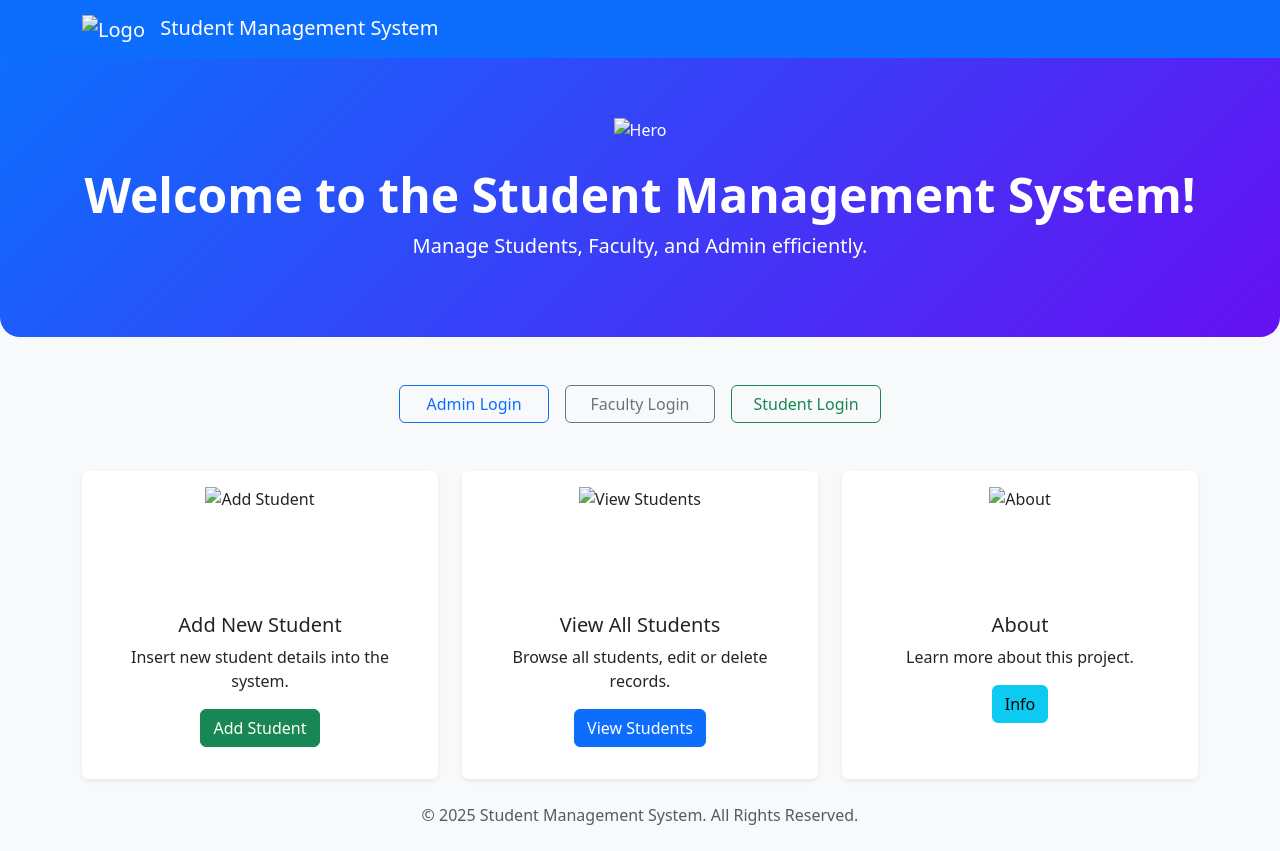
Repository: BorudePiyush/StudentMANAGEMENTSystem-using-java
Page: http://localhost/Student_management_systems/
The author's editor kept a copy of each file at every save. The page is drawn from the files as they stood at one save, then again after the next save.
The browser window is 1280 px wide. The pictures show the whole page.
The page is served by Tomcat 10. Other server files are loaded and not shown.

Above is the page before, as saved 2025-06-09 14:01:45.
Not found: Student management systems/Student_management_systems/images/about.png
Not found: Student management systems/Student_management_systems/images/add-student.png
Not found: Student management systems/Student_management_systems/images/hero-student.png

### Student management systems/src/main/webapp/index.html
<!DOCTYPE html>
<html lang="en">
<head>
  <meta charset="UTF-8" />
  <meta name="viewport" content="width=device-width, initial-scale=1" />
  <title>Student Management System - Dashboard</title>
  <link href="https://cdn.jsdelivr.net/npm/bootstrap@5.3.2/dist/css/bootstrap.min.css" rel="stylesheet" />
  <style>
    body {
      background: #f8f9fa;
    }

    .hero {
      background: linear-gradient(135deg, #0d6efd, #6610f2);
      color: white;
      padding: 60px 0;
      text-align: center;
      border-radius: 0 0 20px 20px;
    }

    .hero h1 {
      font-size: 3rem;
      font-weight: 700;
    }

    .btn-group-custom .btn {
      min-width: 150px;
    }

    .card:hover {
      transform: scale(1.03);
      transition: transform 0.2s ease-in-out;
    }

    .card img {
      height: 100px;
      object-fit: contain;
      margin-bottom: 10px;
    }

    footer {
      margin-top: 100px;
    }

    .navbar-brand img {
      height: 30px;
      margin-right: 10px;
    }
  </style>
</head>
<body>

  <!-- Navbar -->
  <nav class="navbar navbar-expand-lg navbar-dark bg-primary">
    <div class="container">
      <a class="navbar-brand" href="#">
        <img src="images/logo.png" alt="Logo" />
        Student Management System
      </a>
    </div>
  </nav>

  <!-- Hero -->
  <div class="hero">
    <div class="container">
      <img src="images/hero-student.png" alt="Hero" class="img-fluid mb-4" style="max-height: 200px;" />
      <h1>Welcome to the Student Management System!</h1>
      <p class="lead">Manage Students, Faculty, and Admin efficiently.</p>
    </div>
  </div>

  <!-- Login Buttons -->
  <div class="container text-center mt-5">
    <div class="btn-group-custom d-flex justify-content-center gap-3">
      <a href="AdminLogin" class="btn btn-outline-primary">Admin Login</a>
      <a href="FacultyLogin" class="btn btn-outline-secondary">Faculty Login</a>
      <a href="StudentLogin" class="btn btn-outline-success">Student Login</a>
    </div>
  </div>

  <!-- Action Cards -->
  <div class="container mt-5">
    <div class="row g-4">
      <div class="col-md-4">
        <div class="card shadow-sm border-0 h-100 text-center p-3">
          <img src="images/add-student.png" alt="Add Student" class="mx-auto" />
          <div class="card-body">
            <h5 class="card-title">Add New Student</h5>
            <p class="card-text">Insert new student details into the system.</p>
            <a href="AddStudent.jsp" class="btn btn-success">Add Student</a>
          </div>
        </div>
      </div>

      <div class="col-md-4">
        <div class="card shadow-sm border-0 h-100 text-center p-3">
          <img src="images/view-student.png" alt="View Students" class="mx-auto" />
          <div class="card-body">
            <h5 class="card-title">View All Students</h5>
            <p class="card-text">Browse all students, edit or delete records.</p>
            <a href="ViewStudentsServlet" class="btn btn-primary">View Students</a>
          </div>
        </div>
      </div>

      <div class="col-md-4">
        <div class="card shadow-sm border-0 h-100 text-center p-3">
          <img src="images/about.png" alt="About" class="mx-auto" />
          <div class="card-body">
            <h5 class="card-title">About</h5>
            <p class="card-text">Learn more about this project.</p>
            <a href="#" class="btn btn-info" onclick="alert('This is a simple Java Servlet + JSP project.')">Info</a>
          </div>
        </div>
      </div>
    </div>
  </div>

  <!-- Footer -->
  <footer class="footer mt-auto py-4 bg-light text-center">
    <div class="container">
      <span class="text-muted">&copy; 2025 Student Management System. All Rights Reserved.</span>
    </div>
  </footer>

</body>
</html>

After the next save:
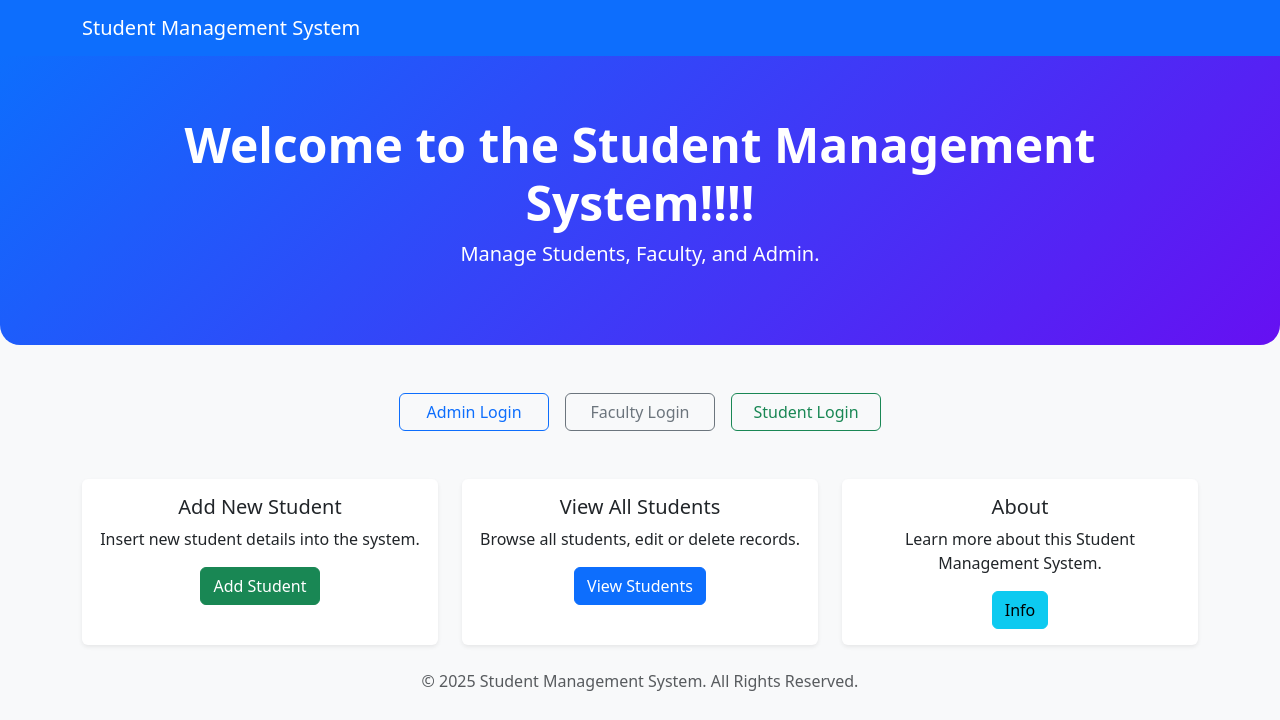
Saved 78 s later.
--- a/Student management systems/src/main/webapp/index.html
+++ b/Student management systems/src/main/webapp/index.html
@@ -32,44 +32,29 @@
       transition: transform 0.2s ease-in-out;
     }
 
-    .card img {
-      height: 100px;
-      object-fit: contain;
-      margin-bottom: 10px;
-    }
-
     footer {
       margin-top: 100px;
-    }
-
-    .navbar-brand img {
-      height: 30px;
-      margin-right: 10px;
     }
   </style>
 </head>
 <body>
 
-  <!-- Navbar -->
+
   <nav class="navbar navbar-expand-lg navbar-dark bg-primary">
     <div class="container">
-      <a class="navbar-brand" href="#">
-        <img src="images/logo.png" alt="Logo" />
-        Student Management System
-      </a>
+      <a class="navbar-brand" href="#">Student Management System</a>
     </div>
   </nav>
 
-  <!-- Hero -->
+
   <div class="hero">
     <div class="container">
-      <img src="images/hero-student.png" alt="Hero" class="img-fluid mb-4" style="max-height: 200px;" />
-      <h1>Welcome to the Student Management System!</h1>
-      <p class="lead">Manage Students, Faculty, and Admin efficiently.</p>
+      <h1>Welcome to the Student Management System!!!!</h1>
+      <p class="lead">Manage Students, Faculty, and Admin.</p>
     </div>
   </div>
 
-  <!-- Login Buttons -->
+
   <div class="container text-center mt-5">
     <div class="btn-group-custom d-flex justify-content-center gap-3">
       <a href="AdminLogin" class="btn btn-outline-primary">Admin Login</a>
@@ -78,13 +63,12 @@
     </div>
   </div>
 
-  <!-- Action Cards -->
+
   <div class="container mt-5">
     <div class="row g-4">
       <div class="col-md-4">
-        <div class="card shadow-sm border-0 h-100 text-center p-3">
-          <img src="images/add-student.png" alt="Add Student" class="mx-auto" />
-          <div class="card-body">
+        <div class="card shadow-sm border-0 h-100">
+          <div class="card-body text-center">
             <h5 class="card-title">Add New Student</h5>
             <p class="card-text">Insert new student details into the system.</p>
             <a href="AddStudent.jsp" class="btn btn-success">Add Student</a>
@@ -93,9 +77,8 @@
       </div>
 
       <div class="col-md-4">
-        <div class="card shadow-sm border-0 h-100 text-center p-3">
-          <img src="images/view-student.png" alt="View Students" class="mx-auto" />
-          <div class="card-body">
+        <div class="card shadow-sm border-0 h-100">
+          <div class="card-body text-center">
             <h5 class="card-title">View All Students</h5>
             <p class="card-text">Browse all students, edit or delete records.</p>
             <a href="ViewStudentsServlet" class="btn btn-primary">View Students</a>
@@ -104,11 +87,10 @@
       </div>
 
       <div class="col-md-4">
-        <div class="card shadow-sm border-0 h-100 text-center p-3">
-          <img src="images/about.png" alt="About" class="mx-auto" />
-          <div class="card-body">
+        <div class="card shadow-sm border-0 h-100">
+          <div class="card-body text-center">
             <h5 class="card-title">About</h5>
-            <p class="card-text">Learn more about this project.</p>
+            <p class="card-text">Learn more about this Student Management System.</p>
             <a href="#" class="btn btn-info" onclick="alert('This is a simple Java Servlet + JSP project.')">Info</a>
           </div>
         </div>
@@ -116,7 +98,7 @@
     </div>
   </div>
 
-  <!-- Footer -->
+
   <footer class="footer mt-auto py-4 bg-light text-center">
     <div class="container">
       <span class="text-muted">&copy; 2025 Student Management System. All Rights Reserved.</span>
